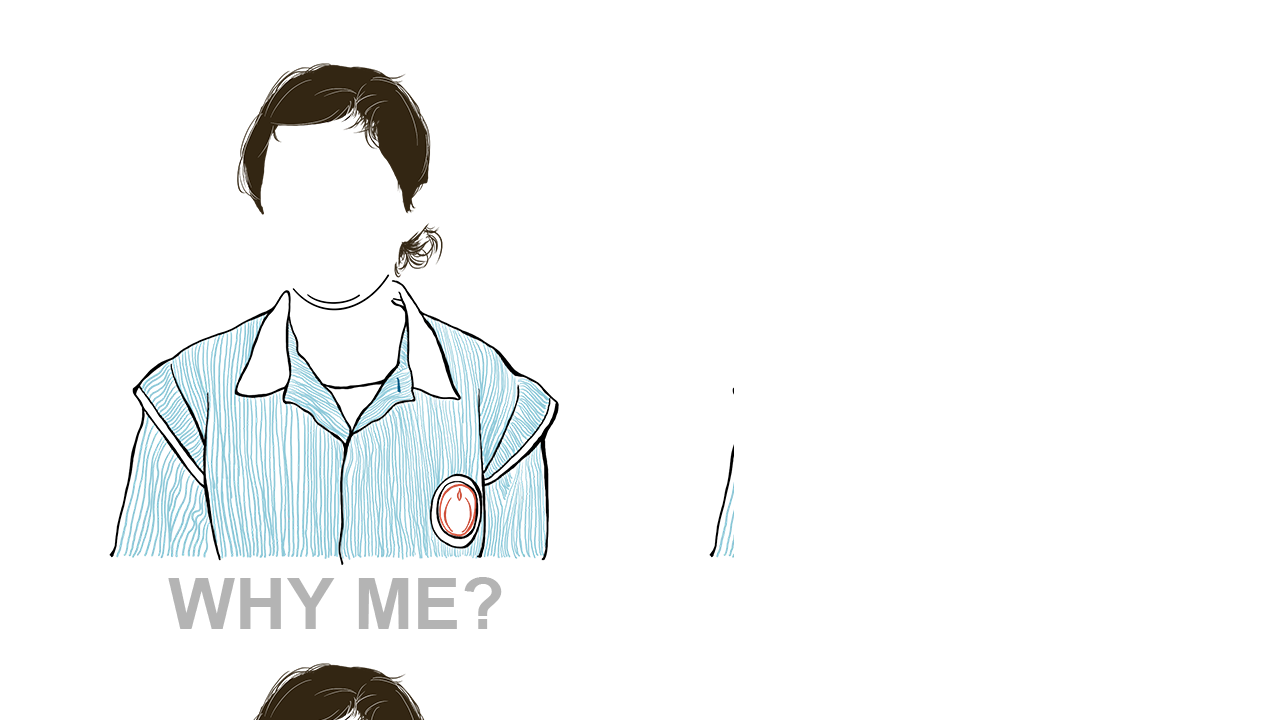
Repository: Lettie123/webpr4
Page: 04.html
These files come from the project's save history. The page is drawn as it stood at one moment and after the next save; the edit follows.
The browser window is 1280 px wide. The pictures show the whole page.
The pointer rests on the first visible `#r01`.

Above is the page before, as saved 2020-11-23 23:43:54.

### 04.html
<html>
    <head>
        <meta charset="UTF-8">
        <meta name="viewport" content="width=device-width,initial-scale=1" />
        <meta name="viewport" content="width=device-width,initial-scale=1.0,maximum-scale=1.0,user-scalable=no">
        <link rel="stylesheet" type="text/css" href="style05.css">

    </head>

    <body>
        <div id="r01">
        </div>
    </body>

### style05.css
body {
	overflow:scroll;
    overflow-y:hidden;
    overflow-x:hidden;
}

#r01{
    width: 350px;
    height: 350px;
    background-image: url("./pepic/r01.png");
	position: absolute;
	left: 30%;
	top: 55%;
    transform: translate(-50%,-50%);
    color: #B4B4B4;
}
#r01:hover {
    width:700px;
    height:700px;
  }

After the next save:
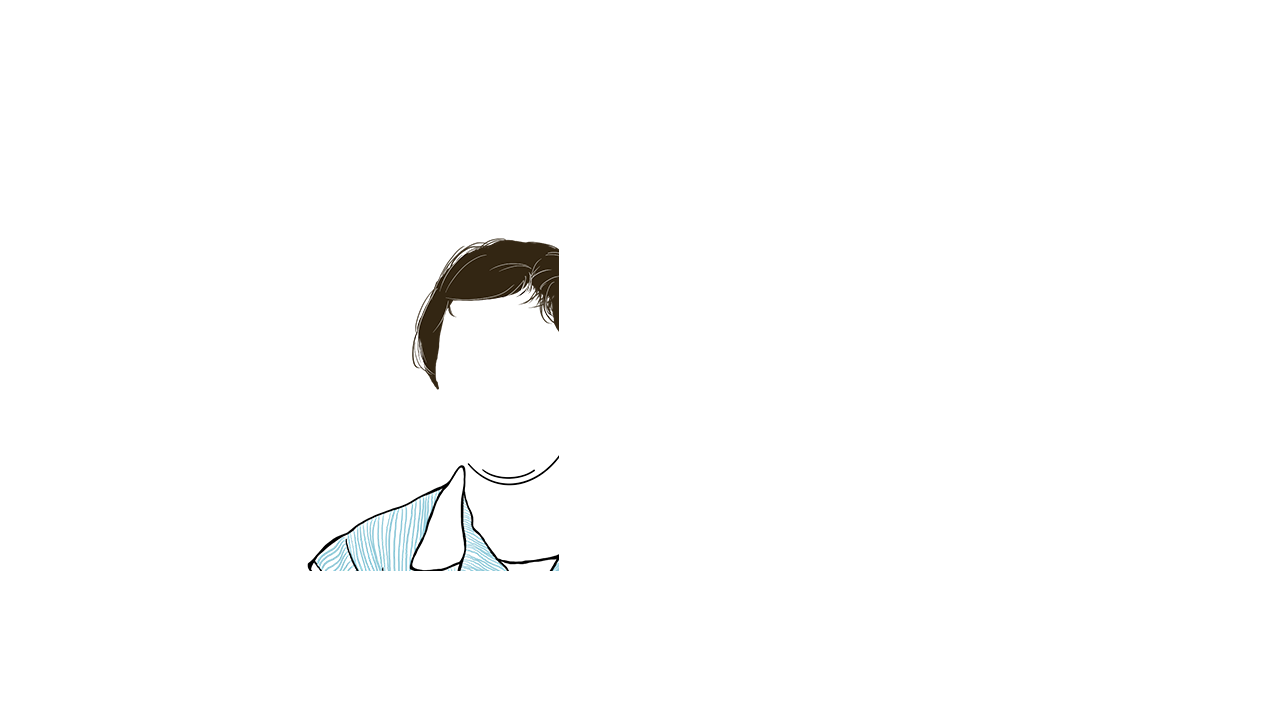
Saved 19 s later.
--- a/style05.css
+++ b/style05.css
@@ -14,7 +14,3 @@ body {
     transform: translate(-50%,-50%);
     color: #B4B4B4;
 }
-#r01:hover {
-    width:700px;
-    height:700px;
-  }
